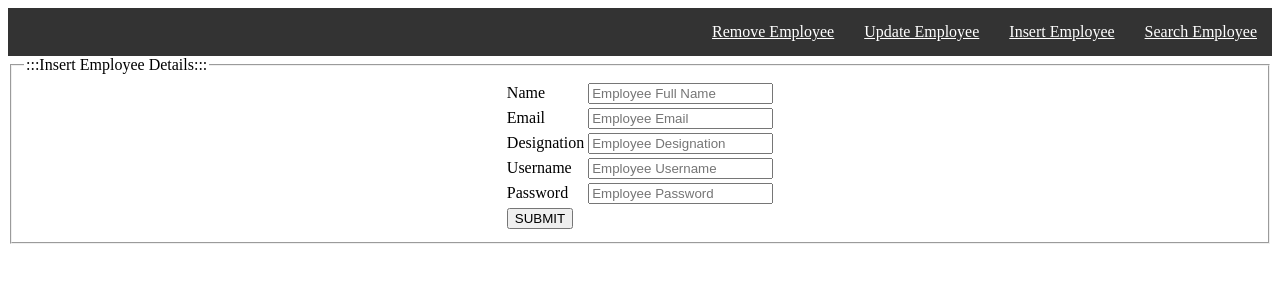
Repository: dannytayade1495/WEJM3
Page: http://localhost/mvcproject1/WEB-INF/views/insertEmployee.jsp
The author's editor kept a copy of each file at every save. The page is drawn from the files as they stood at one save, then again after the next save.
The browser window is 1280 px wide. The pictures show the whole page.
The page is served by Tomcat 9. Nobody is signed in. The template is opened directly, without the code that normally fills it, so the values that code supplies are empty.

Above is the page before, as saved 2022-06-02 15:16:13.

After the next save:
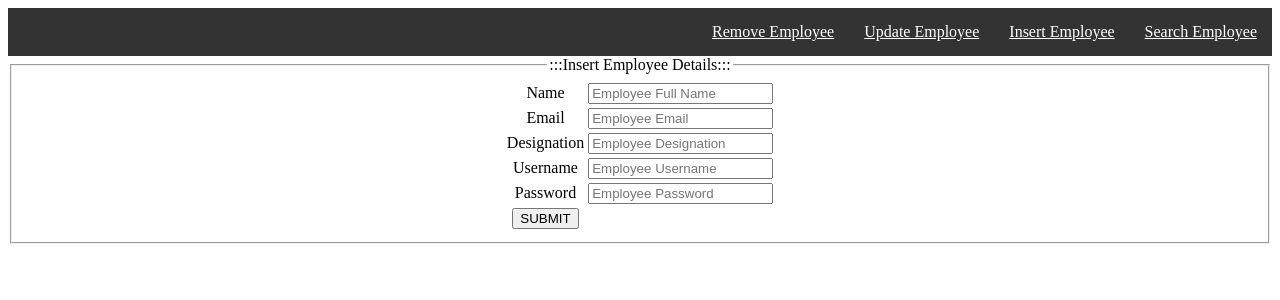
Saved 34 s later.
--- a/mvcproject1/src/main/webapp/WEB-INF/views/insertEmployee.jsp
+++ b/mvcproject1/src/main/webapp/WEB-INF/views/insertEmployee.jsp
@@ -9,6 +9,10 @@
 <style type="text/css">
 fieldset table {
 	margin: auto;
+}
+
+fieldset {
+	text-align: center;
 }
 </style>
 </head>
